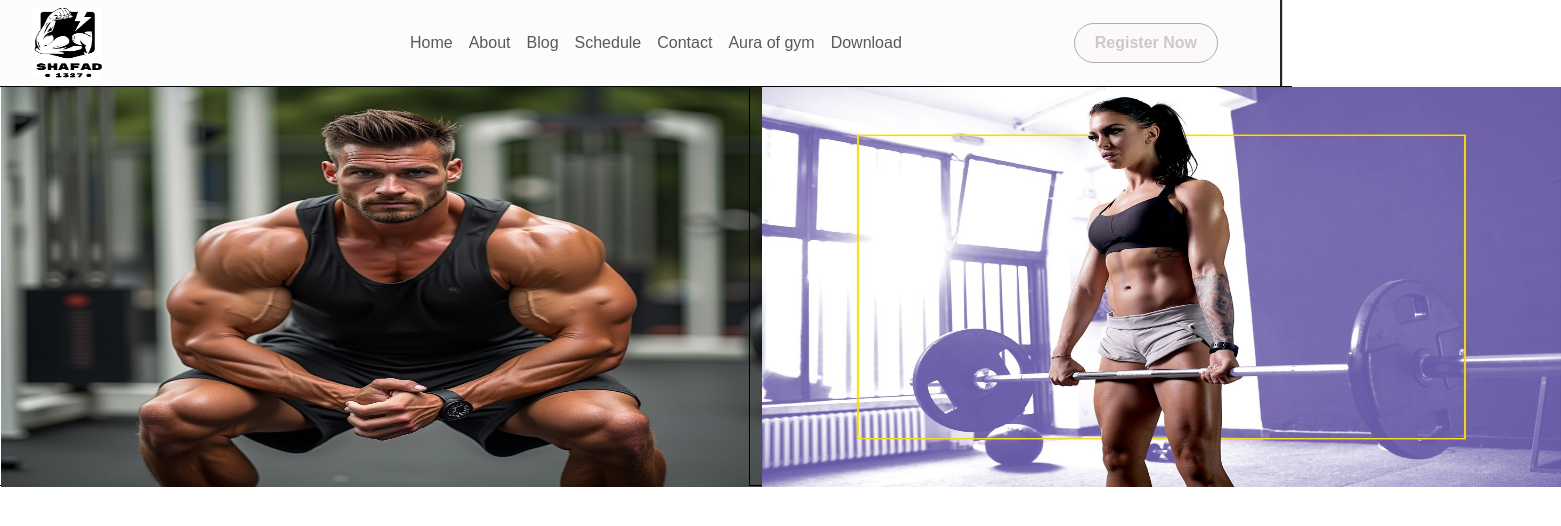
Repository: Daud-shafad/gymwebsite
Page: bootstrap-5.3.3-dist/bootstrap-5.3.3-dist/gym.html
An editor plug-in stored every save of this project. The page is shown before and after the next save, followed by the edit.
The browser window is 1280 px wide. The page is 1561 px wide, then 1361 px, so the pictures cover 1561 px, including what lies to the right of the window. The pictures show the whole page.

Above is the page before, as saved 2024-12-28 13:21:58.

After the next save:
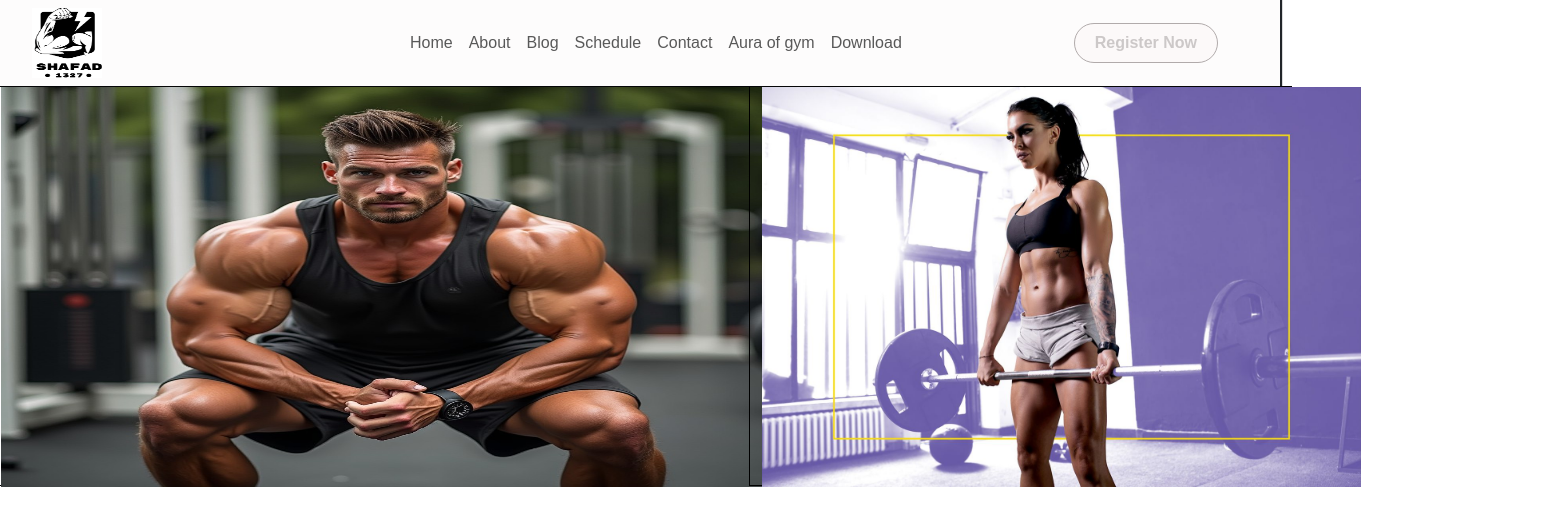
Saved 7 s later.
--- a/bootstrap-5.3.3-dist/bootstrap-5.3.3-dist/gym.html
+++ b/bootstrap-5.3.3-dist/bootstrap-5.3.3-dist/gym.html
@@ -57,7 +57,7 @@
           <img src="Photoman2.jpg" style="height: 400px; width: 799px;" alt="">
         </div>
         <div class="col-5">
-            <img src="Photowomen1.jpg" style="height: 400px; width: 799px;" alt="">
+            <img src="Photowomen1.jpg" style="height: 400px; width: 599px;" alt="">
         </div>
       </div>
 
